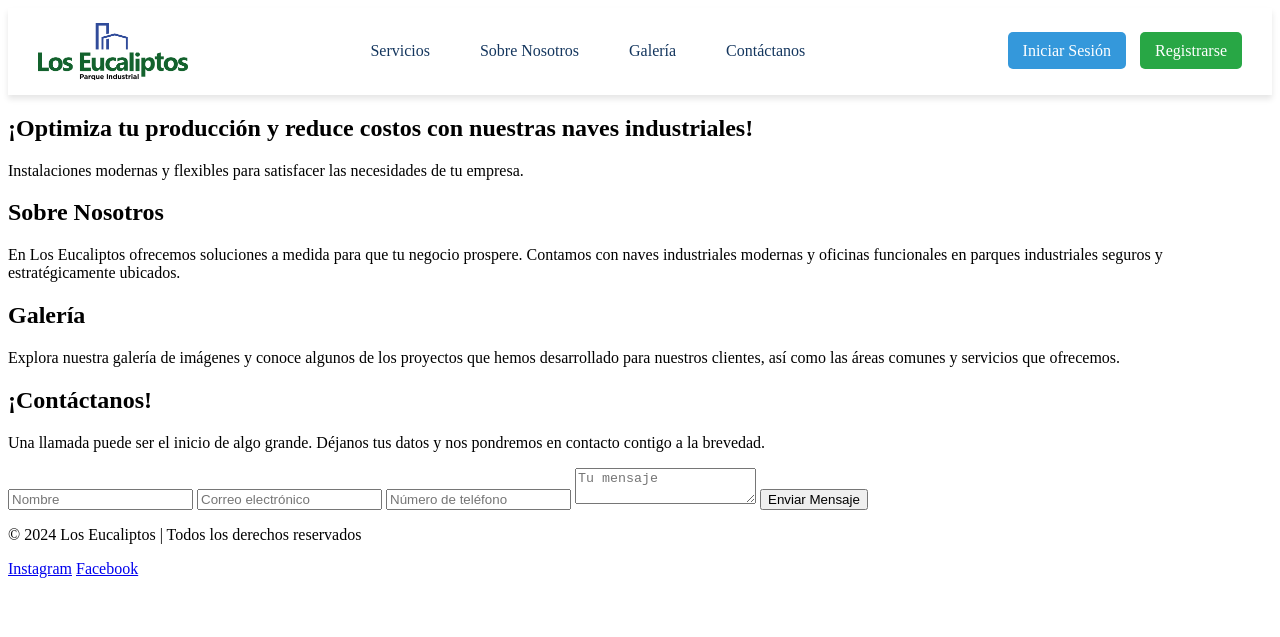
Repository: Los-Eucaliptos-WebApp/Los-Eucaliptos-FrontEnd
Page: pages/los-eucaliptos-home-page/index.html
The author's editor kept a copy of each file at every save. The page is drawn from the files as they stood at one save, then again after the next save.
The browser window is 1280 px wide. The pictures show the whole page.

Above is the page before, as saved 2025-02-16 22:08:25.

After the next save:
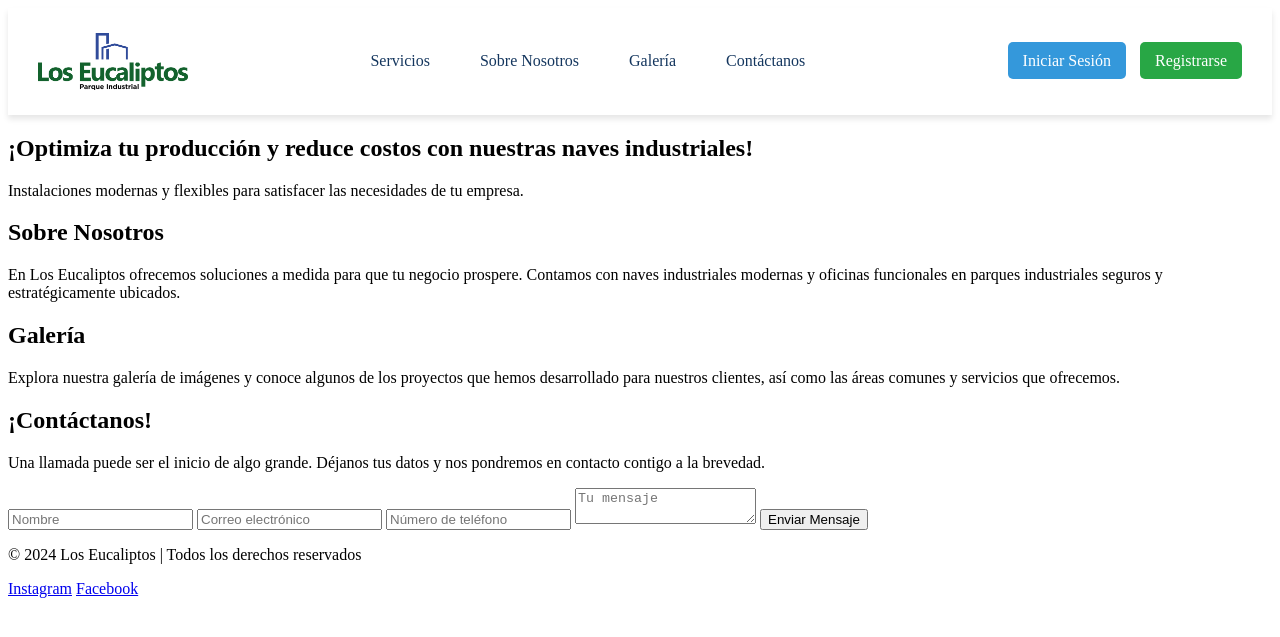
Saved 13 s later.
--- a/pages/los-eucaliptos-home-page/styles.css
+++ b/pages/los-eucaliptos-home-page/styles.css
@@ -5,7 +5,7 @@
     align-items: center;
     background: #ffffff;
     color: rgb(0, 0, 0);
-    padding: 15px 30px;
+    padding: 25px 30px;
     box-shadow: 0 4px 6px rgba(0, 0, 0, 0.1); /* Añade una sombra sutil para dar profundidad */
 }
 

After the save that followed:
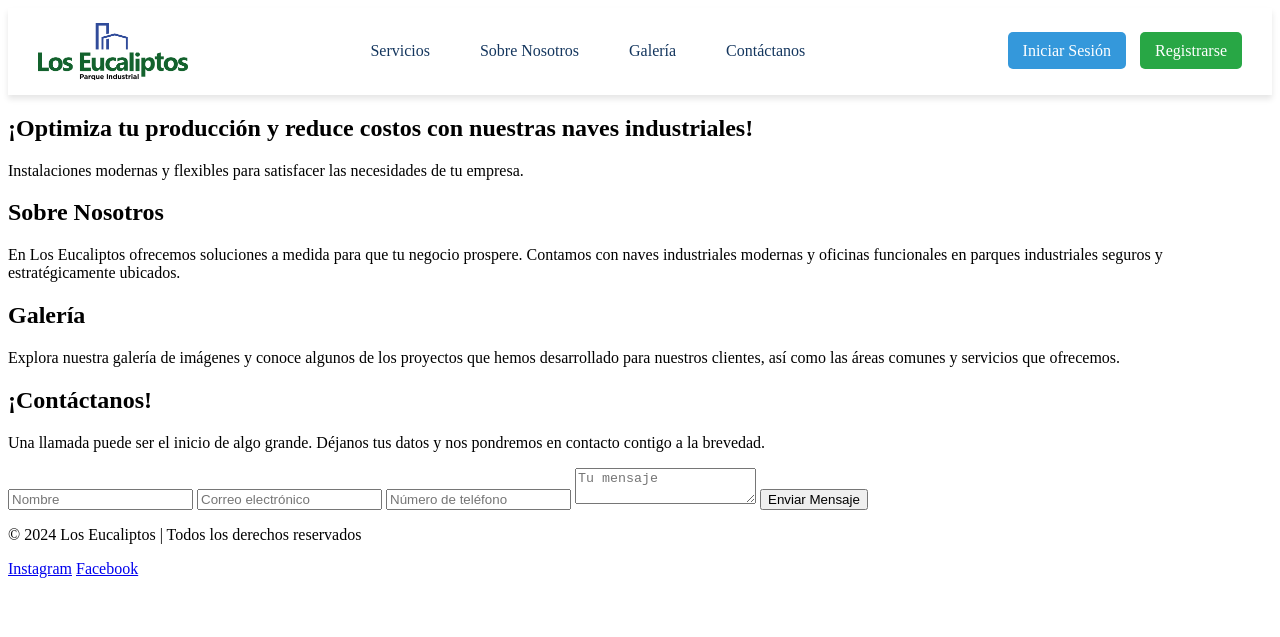
Saved 6 s later.
--- a/pages/los-eucaliptos-home-page/styles.css
+++ b/pages/los-eucaliptos-home-page/styles.css
@@ -5,7 +5,7 @@
     align-items: center;
     background: #ffffff;
     color: rgb(0, 0, 0);
-    padding: 25px 30px;
+    padding: 15px 30px;
     box-shadow: 0 4px 6px rgba(0, 0, 0, 0.1); /* Añade una sombra sutil para dar profundidad */
 }
 
